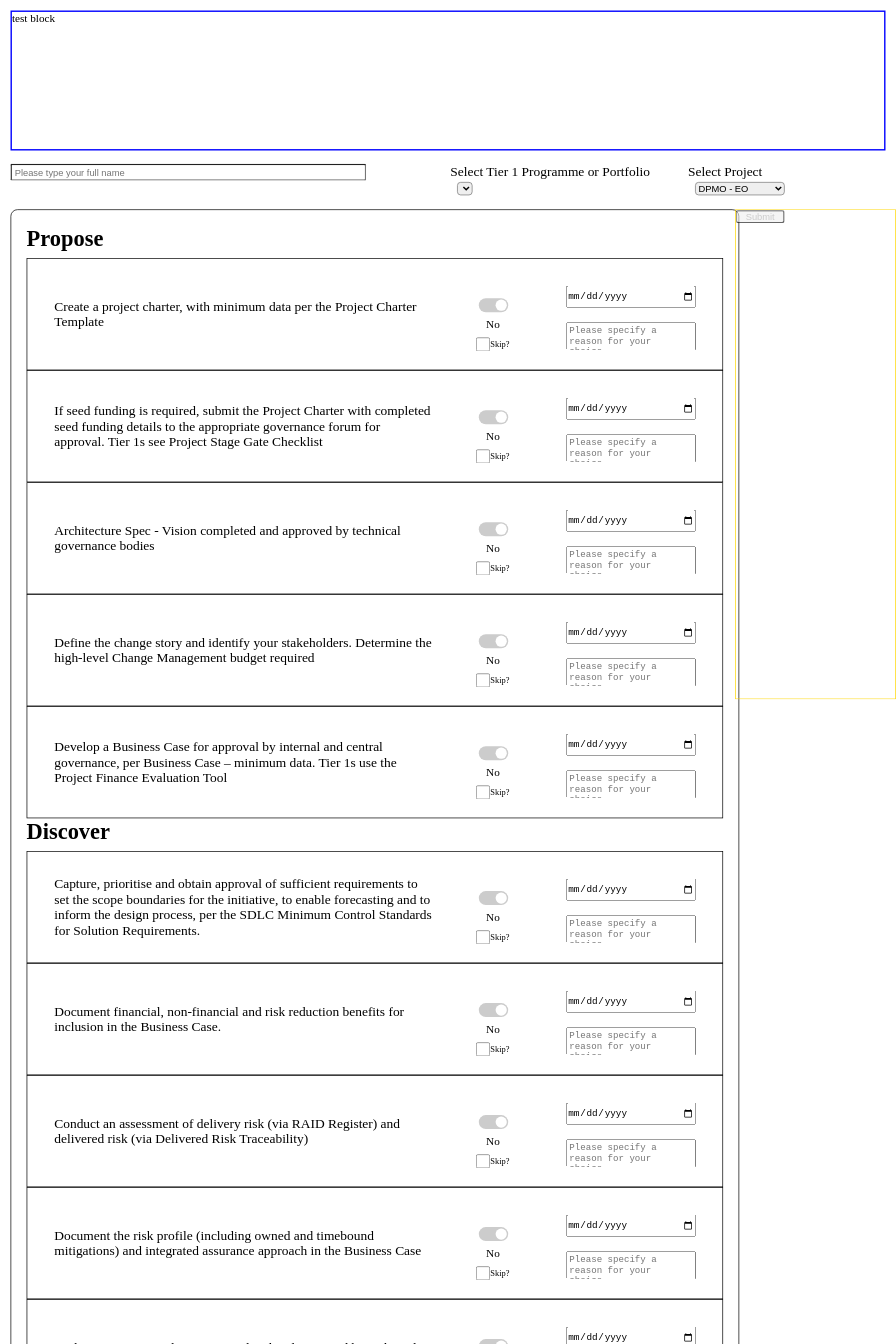
Repository: I-Alpha/JQuery-Html-form
Page: Project-form.html
The author's editor kept a copy of each file at every save. The page is drawn from the files as they stood at one save, then again after a run of saves.
The browser window is 1280 px wide. The pictures show the part of the page from y = 0 to 1920 px (the page is 8731 px tall before and 8734 px after), at 70% of full size.

Above is the page before, as saved 2020-10-27 01:07:38.

### Project-form.html
<!DOCTYPE html>
<html lang="en">

<head>
    <meta charset="UTF-8">
    <meta name="viewport" content="width=device-width, initial-scale=1.0">
    <link rel="preload" type="fetch" id="Excelfile" name="Excelfile" value="QuestionData.xlsx" />
    <script src="https://ajax.googleapis.com/ajax/libs/jquery/3.5.1/jquery.min.js"></script>
    <script src="https://cdnjs.cloudflare.com/ajax/libs/xlsx/0.14.5/xlsx.full.min.js"></script>
    <script src="https://cdnjs.cloudflare.com/ajax/libs/babel-polyfill/6.26.0/polyfill.js"></script>
    <script src="https://cdnjs.cloudflare.com/ajax/libs/xlsx/0.8.0/jszip.js"></script>
    <script src="https://cdnjs.cloudflare.com/ajax/libs/xlsx/0.8.0/xlsx.js"></script>
    <script src="main.js"></script>
    <link rel="stylesheet" href="main.css" />
    </style>
    <title>Document</title>
</head>

<body style=" display:flex; flex-direction: column; padding: 15px">
    <div id="testblock" name="testblock" style="border:2px solid blue; width: 100%; min-height:200px">test block</div>


    <div id="mainwrapper" style="justify-content: center;">
        <div id="preBar" class="container">
            <div id="formControl" class="container">    <input type= "text" id= "fullname" class= "required" placeholder="Please type your full name"></input>
                <label for="selectPorfolio">Select Tier 1 Programme or Portfolio
                    <select name="selectPorfolio" id="selectPorfolio" style=" margin :0 0 0 10px; max-width:8rem;"
                        placeholder="Select Portfolio"></select></label>
                <label for="selectProject">Select Project
                    <select name="selectProject" id="selectProject" style=" margin :0 0 0 10px; max-width:8rem; "
                        placeholder="Select Portfolio"></select></label>
            </div>

        </div>
        <div id="formContainer" class="container">
            <div id="wrapper">
                <form id="form1">

                    <table class="hidden">
                        <tr>
                            <td colspan=4 class="questCol">
                                <label class="questionLabel" for="mainCheck"></label>
                            </td>
                            <td colspan=1 class="inputCol">
                                <span class="inputContainer">
                                    <span class="mainCheckContainer" style=" display:flex; flex-direction: column;">
                                        <label class="switch">
                                            <input class="mainCheck" type="checkbox" checked>
                                            <span class="slider  round"></span>
                                        </label>
                                        <p for="mainCheck" class="mainChoice" data-val="Yes">No</p>
                                    </span>
                                    <span class="skipContainer" style="left : 6px; display:flex; ">
                                        <input class="skipCheck" type="checkbox">
                                        <p class="skipChoice">Skip?</p>
                                    </span>

                                </span>
                            </td>
                            <td colspan=2 class="altCol">
                                <input type="date" min="getDate()">
                                <textarea type="text"
                                    placeholder="Please specify a reason for your choice...."></textarea>
                            </td>
                        </tr>
                    </table>

                </form>
            </div><div></div>
            <div id= "progressBar"  style ="border : 1px solid gold ; width :230px; right: 0;  position: fixed; height: 700px">
            <button style="order:1; margin:0;" class = "disabled"id="submitbtn" type="submit" form="form1" value="Submit">Submit</button>
        </div>
        </div>

    </div>

</body>

</html>

### main.css

    * {
        box-sizing: border-box;
        margin: 0;
        padding: 0;
        color: black;

    }

    html {
        width: 100%;
        height: 100%;

    }


    label{
        font-size:.9rem;
       }

    body {
        width: 100%;
        height: 100%;
        display: flex;
        position: relative;
        flex-direction: column;
    }

    .hidden{
    display:none;
    visibility: none;
    opacity: 0;
   position:absolute;
    }
    .center {

        text-align: center;
    }

    .container {
        display: flex;
        position: relative;
    }


    h1 {
        margin-bottom: 10px;
    }

    #wrapper {
        border: solid 1px black;
        border-radius: 10px;
        padding: 20px;
        margin-bottom: 10px;

    }

    #mainwrapper{
        max-width: 98%;
    }
    p {
        color: black;
        font-size: 1rem;
        height: auto;
        width: auto;
    }

 .disabled{
     opacity: 60%;
     color:darkgray;
     pointer-events: none;
 }
  form{
      width:100%;
      height : auto;
  }

    .skipContainer {
        position: relative;
        align-items: center;
        left: 0;
        display: flex;
        margin-top: 10px;
    }

    .skipCheck {
        width: 20px;
        height: 20px;

    }

    .skipChoice {font-size: 12px;}


    .skipChoice,
    .skipCheck {
        position: relative;
        left: -10px;
    }

    /* slider */
    .switch {
        position: relative;
        display: inline-block;
        width: 42px;
        height: 20px;
    }

    .switch input {
        opacity: 0;
        width: 0;
        height: 0;
    }

    .slider {
        position: absolute;
        cursor: pointer;
        top: 0;
        left: 0;
        right: 0;
        bottom: 0;
        background-color: #ccc;
        -webkit-transition: .4s;
        transition: .4s;
    }

    .slider:before {
        position: absolute;
        content: "";
        height: 16px;
        width: 16px;
        right:2px;
        bottom: 2px;
        background-color: white;
        -webkit-transition: .4s;
        transition: .4s;
    }

    .mainCheck:checked+.slider {
        background-color: #2196F3;
    }

    .mainCheck:focus+.slider {
        box-shadow: 0 0 1px #2196F3;
    }

    .mainCheck:checked+.slider:before {
        -webkit-transform: translateX(-23px);
        -ms-transform: translateX(-23px);
        transform: translateX(-23px);
    }

    /* Rounded sliders */
    .slider.round {
        border-radius: 34px;
    }

    .slider.round:before {
        border-radius: 50%;
    }

    /*end of slider section*/

    button {
        margin: 10px;
        width: 70px;
        border-radius: 4px;
    }

    td {
         display: flex;
         flex-direction: column;
    }
    td > *{
         padding : 5px 0;
    }


    tr{
        height:10rem;   border: 1px solid black;
        border-collapse: collapse;
}

tr::after{
    border: 1px solid green;
    height:1px;
    content: :" ";
    width: 100%;
    position: relative;
    display: block;
}

td.inputContainer {
    display: inline-block;
    height:100%;
}

td.inputCol{
    display:flex;
    position: relative;
    text-align: center;
    align-items:center;
    min-height:100%;

}

  .questCol textarea{

   padding:  2px  3px;
   display: block;
   position: relative;
   min-width: 95%;
}



/* iPads (portrait and landscape) ----------- */
@media only screen
and (min-device-width : 768px)
and (max-device-width : 1024px) {
/* Styles */
}

/* iPads (landscape) ----------- */
@media only screen
and (min-device-width : 768px)
and (max-device-width : 1024px)
and (orientation : landscape) {
/* Styles */
}

/* iPads (portrait) ----------- */
@media only screen
and (min-device-width : 768px)
and (max-device-width : 1024px)
and (orientation : portrait) {
/* Styles */
}

/* Desktops and laptops ----------- */
@media only screen
and (min-width : 1224px) {
/* Styles */

 label {
     font-size: 1.2rem;
 }

#wrapper{
     min-width: 85%;
     height:auto;
    }

    .inputContainer{

        position: relative;
        top:15px;
     }

    td.inputCol{
        position: absolute;
        vertical-align: middle;


    }

    td {
        position: relative;
        justify-content: center;
        padding:10px 15px;}

    .questCol{
        position: relative;
        padding-right: 5px;
        max-width:35rem;
    }

    td.altCol{
        position: relative;
        height: 100%;
    }
     textarea{
        resize: none;
        display: block;
        font-size: 13px;
        text-align: start;
        align-content: flex-start;
         width:100%;
         top:10px;
         position: relative;
         margin-top:10px;
         padding: 4px 4px;
         align-items: flex-start;
    }

     td.altCol input {
         width:100%;
     }

    tr{
        display: flex;
        flex-direction: row;
        border: 1px solid black;
        border-collapse: collapse;
        justify-content: space-around;

    }


  #preBar{
   display: grid;
   flex-direction: row;
     grid-column: 3;
   margin : 10px 0;
  }



  #preBar >{
 display: flex;
 height:2rem;

  }

  #preBar label select{
    border-radius:5px;
  }

  #radioBtnBox label{
    margin: 0 20px;
  }

  #radioBtnBox label input{
    margin: 0 10px;
  }
  #radioBtnBox{
    margin-left:90px;
    border:1px solid black;
    padding: 10px 0;
}

#formControl select{

    margin: 0px 10px 0  0;
}
#formControl label{
   margin:10px;
    align-items:center;

}

 #fullname{
     position: relative;
     max-height:1.5rem;
     bottom:-9.2px;
     width: 32rem;
    border-radius:2px;
    padding:0 4px;
    margin-right:110px;
    }

#form1 {


    position: relative;
display: flex;
flex-direction: column;
}

table{
    width:100%;
}


.mainChoice {
    display: flex;
    margin-top: 8px;
    left:10px;
    position: relative;
}

#formContainer{


}

td.inputContainer {
    display: inline-block;
    height:100%;
}

td.inputCol{
    display:flex;
    position: relative;
    vertical-align: middle;
    text-align: center;
    align-items:center;
    min-height:100%;

}
}

/* Large screens ----------- */
@media only screen
and (min-width : 1824px) {
/* Styles */
}

/* iPhone 4 ----------- */
@media
only screen and (-webkit-min-device-pixel-ratio : 1.5),
only screen and (min-device-pixel-ratio : 1.5) {
/* Styles */
}

Loaded but not shown: main.js (514 lines, source omitted)

After the next 2 saves:
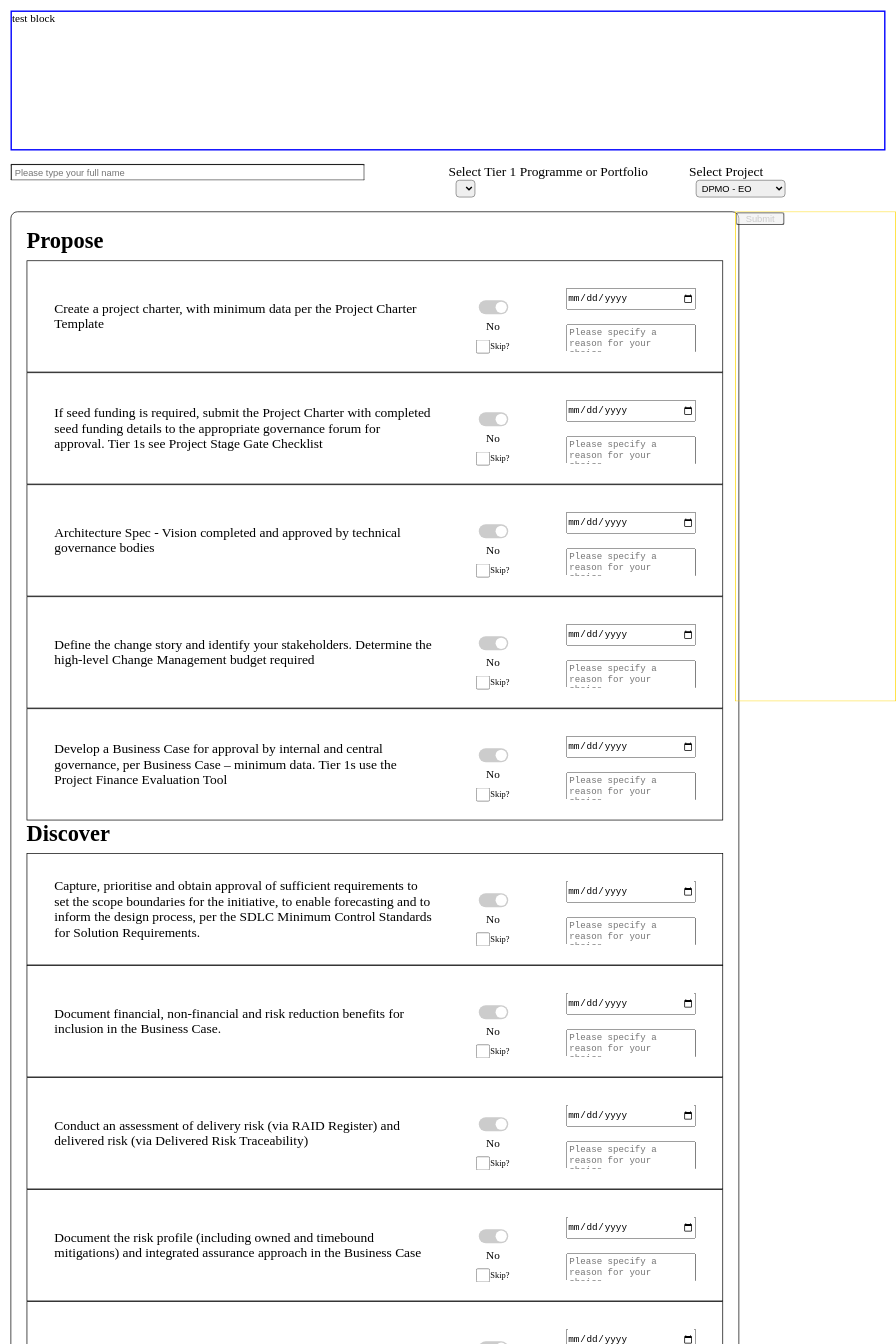
The 2 saves are shown as one change because they came seconds apart.
The last was saved 9 s later.
--- a/main.css
+++ b/main.css
@@ -324,6 +324,7 @@
 
   #preBar label select{
     border-radius:5px;
+    padding:3px;
   }
 
   #radioBtnBox label{

After the save that followed:
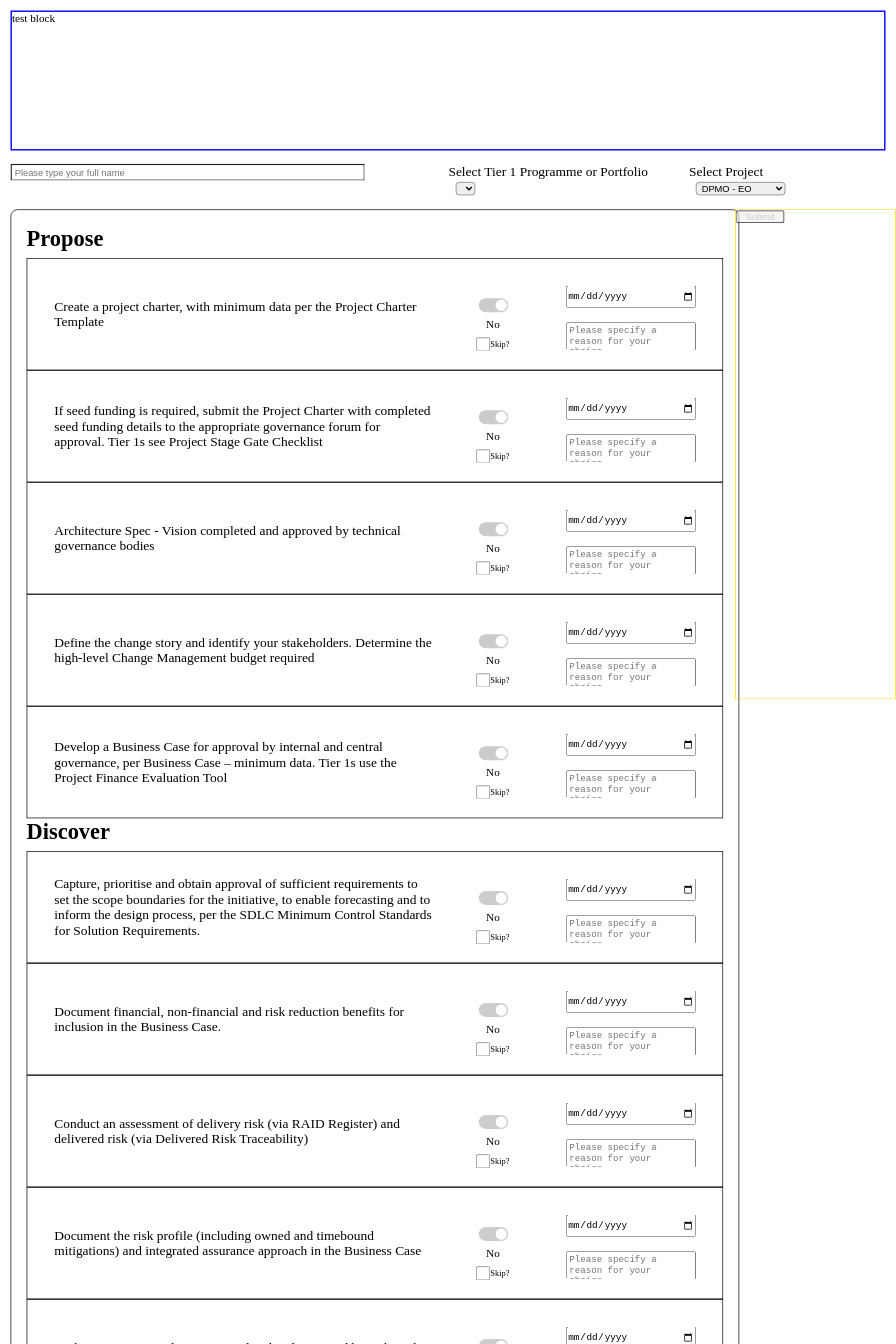
Saved 4 s later.
--- a/main.css
+++ b/main.css
@@ -324,7 +324,7 @@
 
   #preBar label select{
     border-radius:5px;
-    padding:3px;
+    padding:0 3px;
   }
 
   #radioBtnBox label{
